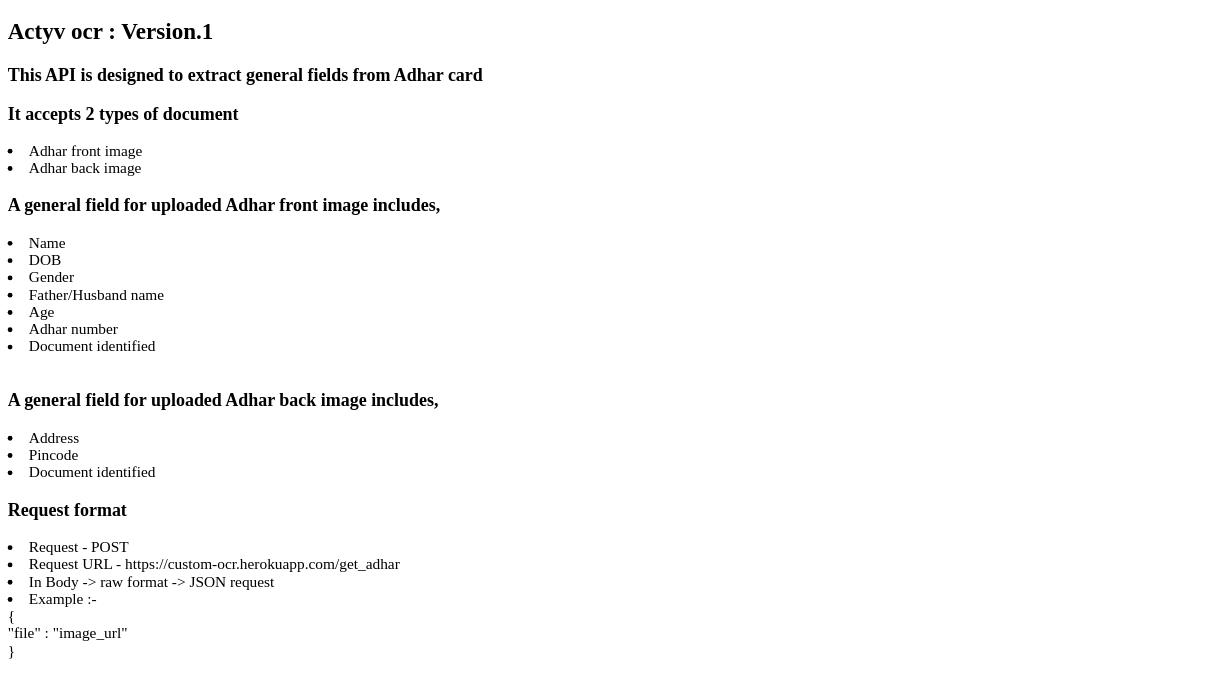
Repository: Sahana-M/OCR-for-Adhar
Page: template/home.html
The author's editor kept a copy of each file at every save. The page is drawn from the files as they stood at one save, then again after the next save.
The browser window is 1280 px wide. The pictures show the whole page, at 96% of full size.

Above is the page before, as saved 2020-03-25 21:19:06.

### template/home.html
<!DOCTYPE html>
<html lang="en">
<head>
    <meta charset="UTF-8">
    <meta name="viewport" content="width=device-width, initial-scale=1.0">
    <meta http-equiv="X-UA-Compatible" content="ie=edge">
    <title>Actyv OCR</title>
</head>
<body>
        <h2>Actyv ocr : Version.1</h2>
        <h3>This API is designed to extract general fields from Adhar card</h3>
        <h3>It accepts 2 types of document</h3>
        <li>Adhar front image</li>
        <li>Adhar back image</li>
        <h3>A general field for uploaded Adhar front image includes, </h3>
        <li>Name</li>
        <li>DOB</li>
        <li>Gender</li>
        <li>Father/Husband name</li>
        <li>Age</li>
        <li>Adhar number</li>
        <li>Document identified</li>
        <br>
        <h3>A general field for uploaded Adhar back image includes, </h3>
        <li>Address</li>
        <li>Pincode</li>
        <li>Document identified</li>
        <h3>Request format</h3>
        <li>Request     - POST</li>
        <li>Request URL - https://custom-ocr.herokuapp.com/get_adhar</li>
        <li>In Body     -> raw format    -> JSON request</li>
        <li>Example :- <br>
            {<br>
            "file" : "image_url"<br>
            }</li><br>
    </body>
</html>

After the next save:
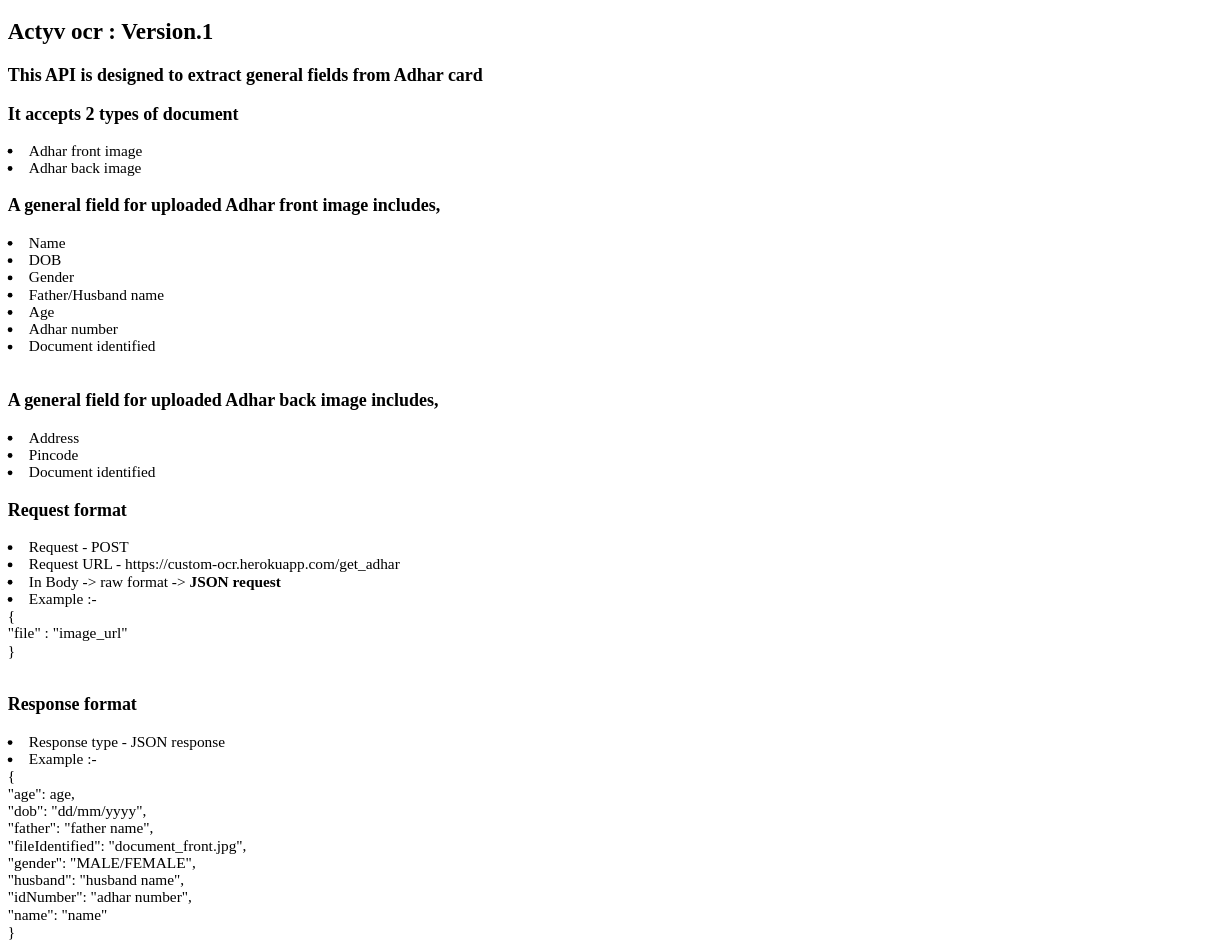
Saved 3 min 18 s later.
--- a/template/home.html
+++ b/template/home.html
@@ -21,17 +21,33 @@
         <li>Adhar number</li>
         <li>Document identified</li>
         <br>
+
         <h3>A general field for uploaded Adhar back image includes, </h3>
         <li>Address</li>
         <li>Pincode</li>
         <li>Document identified</li>
+
         <h3>Request format</h3>
         <li>Request     - POST</li>
         <li>Request URL - https://custom-ocr.herokuapp.com/get_adhar</li>
-        <li>In Body     -> raw format    -> JSON request</li>
+        <li>In Body     -> raw format    -> <b>JSON request</b></li>
         <li>Example :- <br>
             {<br>
             "file" : "image_url"<br>
             }</li><br>
+
+        <h3>Response format</h3>
+        <li>Response type - JSON response</li>
+        <li>Example :- <br>
+        {<br>
+            "age": age,<br>
+            "dob": "dd/mm/yyyy",<br>
+            "father": "father name",<br>
+            "fileIdentified": "document_front.jpg",<br>
+            "gender": "MALE/FEMALE",<br>
+            "husband": "husband name",<br>
+            "idNumber": "adhar number",<br>
+            "name": "name"<br>
+        }</li>
     </body>
 </html>
